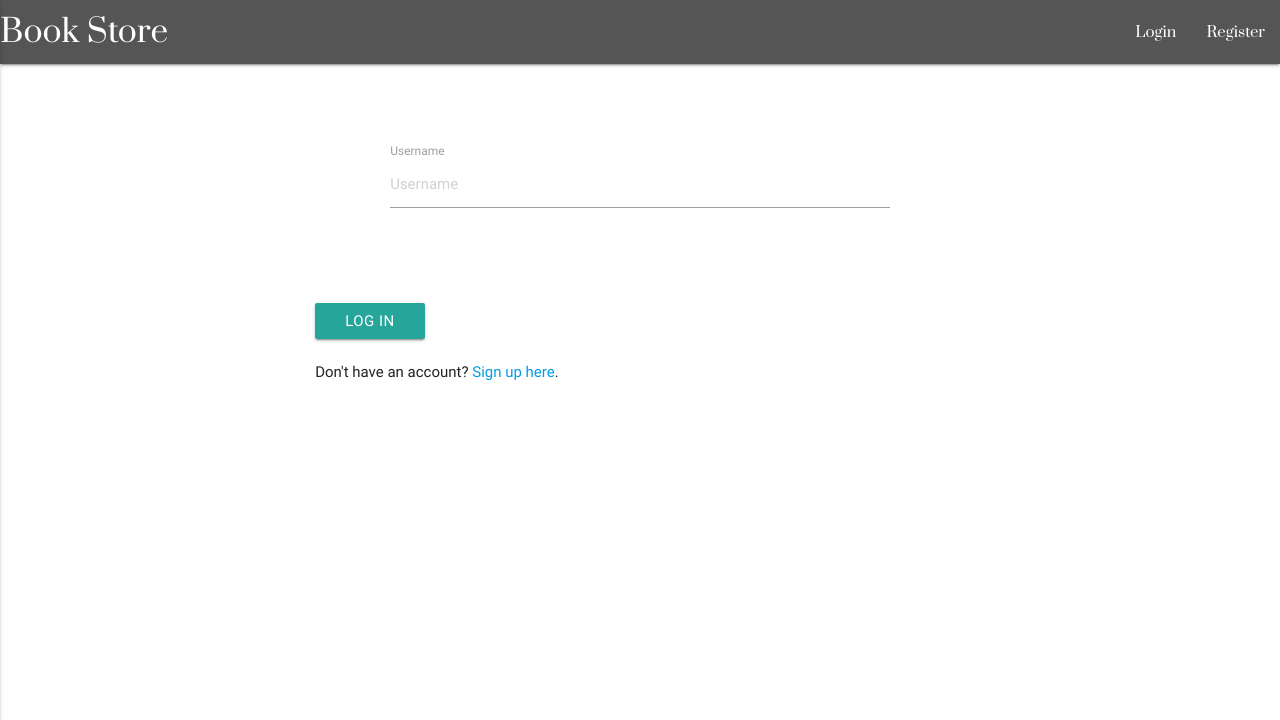
Repository: thodnett/book-store
Page: http://localhost/
The author's editor kept a record of every edit. The page is drawn from the files as they stood at one moment, then again after the next edit.
The browser window is 1280 px wide. The pictures show the whole page.
Some web libraries are served in a nearby version. The page is served by the project's application, run on Flask 3 (app.py).

Above is the page before.

### templates/index.html
{% extends 'base.html' %} {% block content %}
<div class="container">
    <div class="row">
        <div class="col-md-4 col-md-offset-4">
            <form method=POST action="{{ url_for('login') }}">
                <div class="form-group">
                    <label for="exampleInputEmail1">Username</label>
                    <input type="text" class="form-control" name="username" placeholder="Username">
                </div>
                <button type="submit" class="btn btn-primary btn-block">Log In</button>
            </form>
            <br>
            <div>
                Don't have an account? <a href="{{ url_for('register') }}">Sign up here</a>.
            </div>
        </div>
    </div>
</div>
{% endblock %}

### templates/base.html
<!DOCTYPE html>
<html lang="en">

<head>

   <link href="https://fonts.googleapis.com/icon?family=Material+Icons" rel="stylesheet">
   <link rel="stylesheet" href="https://cdnjs.cloudflare.com/ajax/libs/materialize/0.100.2/css/materialize.min.css">
   <link rel="stylesheet" href="{{url_for('static', filename='css/style.css')}}" type="text/css"/>
</head>
<body>
    <header>
        <nav class="nav">
            <div class="nav-wrapper">
                <a href="{{url_for('get_books')}}" class="brand-logo">Book Store</a>
                <a href="#" data-activates="mobile-demo" class="button-collapse"><i class="material-icons">menu</i></a>
                <ul id="nav-mobile" class="right hide-on-med-and-down">
                    {% if session.username %}
                    <li><a href="{{url_for('get_books')}}">Home</a></li>
                    <li><a href="{{url_for('add_book')}}">Add Book</a></li>
                    <li><a href="{{url_for('get_categories')}}">Genres</a></li>
                     <li><a href="{{url_for('logout')}}">Logout</a></li>
                     {% else %}
                    <li><a href="{{url_for('login')}}">Login</a></li>
                    <li><a href="{{url_for('register')}}">Register</a></li>
                </ul>
                {% endif %}
                <ul class="side-nav" id="mobile-demo">
                    {% if session.username %}
                    <li><a href="{{url_for('get_books')}}">Home</a></li>
                    <li><a href="{{url_for('add_book')}}">Add Book</a></li>
                    <li><a href="{{url_for('get_categories')}}">Genres</a></li>
                     <li><a href="{{url_for('logout')}}">Logout</a></li>
                     {% else %}
                    <li><a href="{{url_for('login')}}">Login</a></li>
                    <li><a href="{{url_for('register')}}">Register</a></li>
                </ul>
            </div>
                {% endif %}

        </nav>

    </header>
    <div class="container">
    {% block content %}
    {% endblock %}
    </div>


<script src="https://cdnjs.cloudflare.com/ajax/libs/jquery/3.2.1/jquery.min.js"></script>
<script src="https://cdnjs.cloudflare.com/ajax/libs/materialize/0.100.2/js/materialize.min.js"></script>
<script type="text/javascript">
$(document).ready(function() {
      $('select').material_select();
      $(".button-collapse").sideNav();
        });

</script>

{% if session.user %}
<footer id="page-footer">
          <div class="container-foot">
            <div class="row-foot">
              <div class="col l6 s12">
                <h5 class="white-text">Do you want to buy a book?</h5>
                <p class="grey-text text-lighten-4">Purchase all your favourite books through my link please!</p>
              </div>
              <div class="col l4 offset-l2 s12">
                <h5 class="white-text">Links</h5>
                <ul>
                  <li><a class="grey-text text-lighten-3" href="https://www.amazon.co.uk/books-used-books-textbooks/b?ie=UTF8&node=266239">Affiliate Link</a></li>
                  <li><a class="grey-text text-lighten-3" href="https://www.facebook.com/">Facebook</a></li>
                  <li><a class="grey-text text-lighten-3" href="https://www.instagram.com/">Instagram</a></li>
                  <li><a class="grey-text text-lighten-3" href="https://www.snapchat.com/">Snapchat</a></li>
                </ul>
              </div>
            </div>
          </div>
        </footer>

{% endif %}
</body>
</html>

### app.py
import os
from flask import Flask,  render_template, redirect, request, url_for, session
from flask_pymongo import PyMongo
from bson.objectid import ObjectId



app = Flask(__name__)

app.config["MONGO_DBNAME"] = 'book_store'
app.config["MONGO_URI"] = 'mongodb+srv://thodnett:Pass1234@myfirstcluster-2pyxt.mongodb.net/book_store?retryWrites=true&w=majority'

mongo = PyMongo(app)

@app.route('/')
@app.route('/index')
def index():
    if 'username' in session:
        username = session['username']
        return render_template('index.html')

    return render_template('index.html')

@app.route('/login', methods=['POST', 'GET'])
def login():
    users = mongo.db.users
    login_user = users.find_one({'name' : request.form['username']})

    if login_user:
            session['username'] = request.form['username']
            return redirect(url_for('get_books'))

    return 'Invalid username'

@app.route('/register', methods=['POST', 'GET'])
def register():
    if request.method == 'POST':
        users = mongo.db.users
        existing_user = users.find_one({'name' : request.form['username']})


        if existing_user is None:
            users.insert({'name' : request.form['username']})
            session['username'] = request.form['username']
            return redirect(url_for('index'))

        return 'That username already exists!'

    return render_template('register.html')

@app.route('/logout')
def logout():
    session.pop('username', None)
    return redirect(url_for('index'))


@app.route('/get_books')
def get_books():
    return render_template("books.html", books=mongo.db.books.find())

@app.route('/add_book')
def add_book():
    if 'username' in session:
        return render_template("addbook.html",  categories=mongo.db.categories.find())

@app.route('/insert_book', methods=['POST'])
def insert_book():
    if 'username' in session:
        books = mongo.db.books
        books.insert_one(request.form.to_dict())
        return redirect(url_for('get_books'))

@app.route('/edit_book/<book_id>')
def edit_book(book_id):
    if 'username' in session:
        the_book =  mongo.db.books.find_one({"_id": ObjectId(book_id)})
        all_categories =  mongo.db.categories.find()
        return render_template('editbook.html', book=the_book, categories=all_categories)

@app.route('/update_book/<book_id>', methods=['POST'])
def update_book(book_id):
    if 'username' in session:
        books = mongo.db.books
        books.update( {'_id': ObjectId(book_id)},
        {
            'book_name':request.form.get('book_name'),
            'category_name':request.form.get('category_name'),
            'book_author':request.form.get('book_author'),
            'book_descrip':request.form.get('book_descrip'),
            'book_review':request.form.get('book_review'),
            'cover_link':request.form.get('cover_link'),
            'purch_link':request.form.get('purch_link')
        })
        return redirect(url_for('get_books'))

@app.route('/delete_book/<book_id>')
def delete_book(book_id):
    if 'username' in session:
        mongo.db.books.remove({'_id': ObjectId(book_id)})
        return redirect(url_for('get_books'))

@app.route('/get_categories')
def get_categories():
    if 'username' in session:
        return render_template('categories.html',
        categories=mongo.db.categories.find())

@app.route('/edit_category/<category_id>')
def edit_category(category_id):
    if 'user' in session:
        return render_template('editcategory.html',
        category=mongo.db.categories.find_one({'_id': ObjectId(category_id)}))

@app.route('/update_category/<category_id>', methods=['POST'])
def update_category(category_id):
    if 'user' in session:
            mongo.db.categories.update(
                {'_id': ObjectId(category_id)},
                {'type': request.form.get('type')})
            return redirect(url_for('get_categories'))

@app.route('/delete_category/<category_id>')
def delete_category(category_id):
    if 'user' in session:
        mongo.db.categories.remove({'_id': ObjectId(category_id)})
        return redirect(url_for('get_categories'))

@app.route('/insert_category', methods=['POST'])
def insert_category():
    if 'user' in session:
        categories = mongo.db.categories
        category_doc ={'type': request.form.get('type')}
        categories.insert_one(category_doc)
        return redirect(url_for('get_categories'))


@app.route('/add_category')
def add_category():
    if 'user' in session:
        return render_template('addcategory.html')

@app.route('/find_book/<type>')
def find_book(type):
    if 'user' in session:
        books=mongo.db.books.find({'category_name': type})
        return render_template('findbook.html', books=books)


if __name__ == '__main__':
    app.secret_key = 'mysecret'
    app.run(host=os.environ.get('IP'),
            port=int(os.environ.get('PORT')),
            debug=True)

### static/css/style.css
@import url('https://fonts.googleapis.com/css?family=Prata&display=swap');


/*----style navbar ----*/

.nav-wrapper {
    background-color: #555555;
    font-family: 'Prata', sans-serif;

}

/*--------card--------*/

.card-content, .card-action a {
    font-family: 'Prata', sans-serif;
}

/*-------headings-----*/

.headings {
    font-family: 'Prata', sans-serif;
}

/*-----form------*/

.form {
    font-family: 'Prata', sans-serif;
}

.form a {
    color: white;
    background-color: orange;
}


.form-group {
    margin: 50px;
    padding: 25px;
}

.form-group btn {
    color: orange;
}

/*-----footer------*/

#page-footer {
     background-color: #555555;
     font-family: 'Prata', sans-serif;

}

After the next edit:
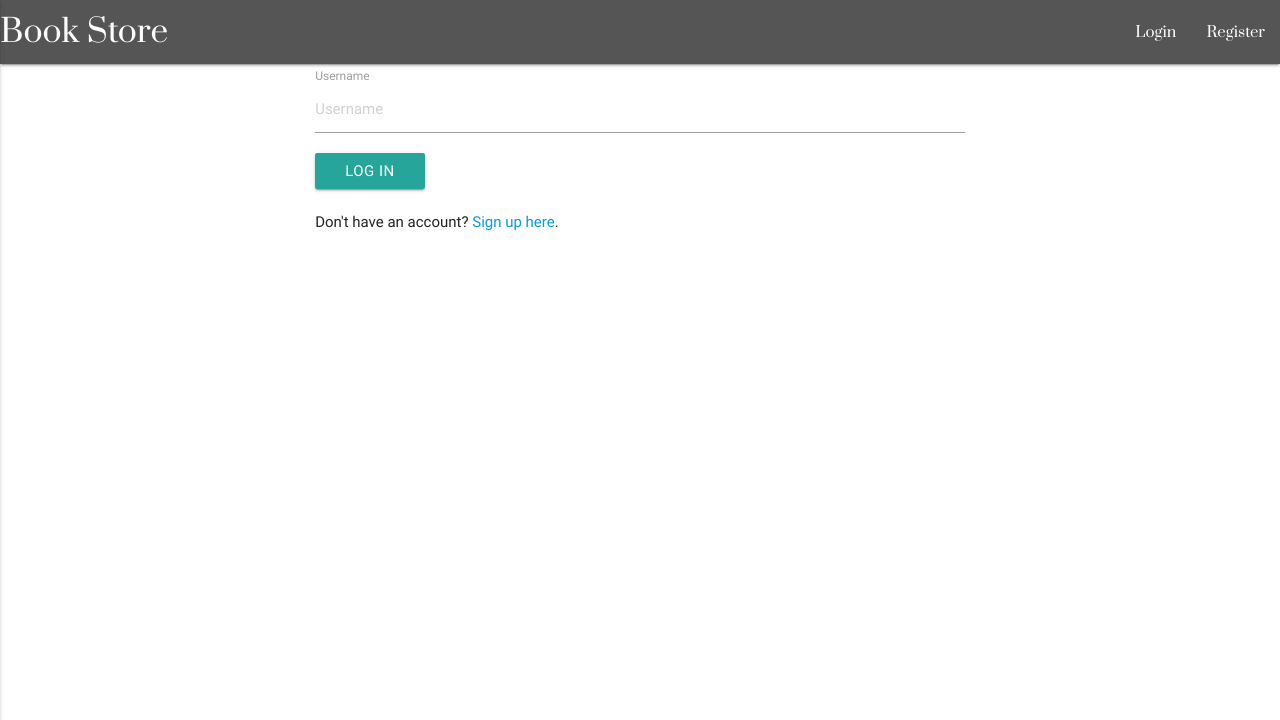
The edit:
--- a/static/css/style.css
+++ b/static/css/style.css
@@ -33,7 +33,7 @@
 }
 
 
-.form-group {
+.reg {
     margin: 50px;
     padding: 25px;
 }
